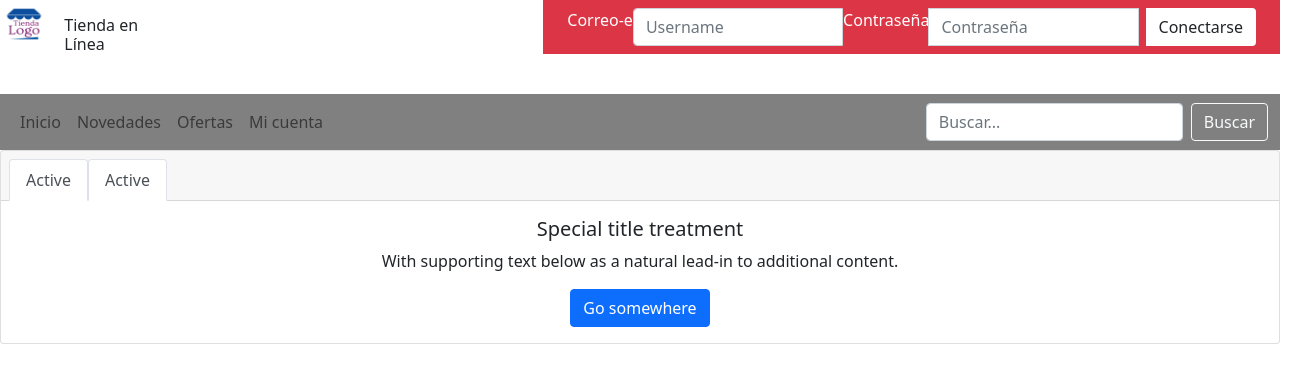
Repository: nicorp00/bootstrapSass
Page: Main/index.html
These files come from the project's save history. The page is drawn as it stood at one moment and after a run of saves; the edit follows.
The browser window is 1280 px wide. The page is 1292 px wide, so the pictures cover 1292 px, including what lies to the right of the window. The pictures show the whole page.
The style sheet was rebuilt from its Sass, Less or Tailwind sources for each picture, by a compiler version that may differ from the author's.

Above is the page before, as saved 2022-03-25 11:25:56.

After the next 2 saves:
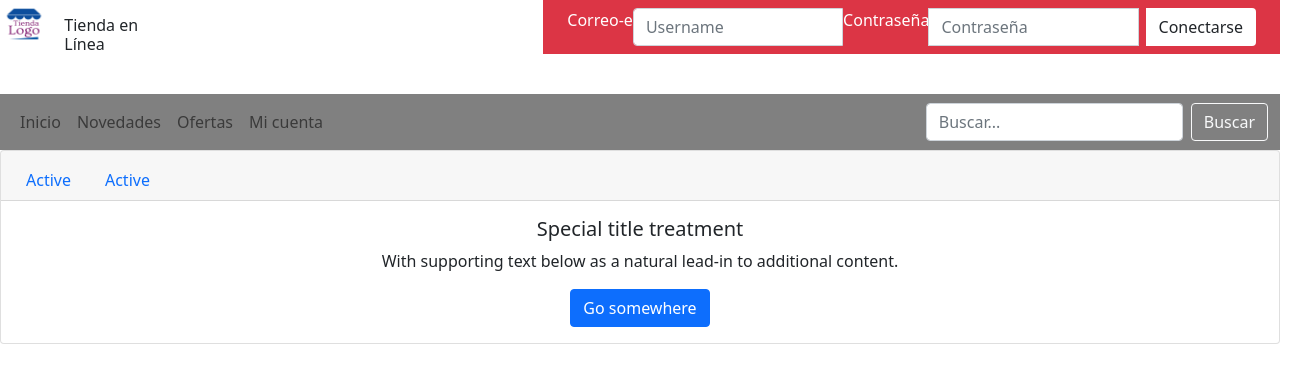
The 2 saves are shown as one change because they came seconds apart.
The last was saved 6 s later.
--- a/Main/index.html
+++ b/Main/index.html
@@ -75,10 +75,10 @@
                 <div class="card-header">
                   <ul class="nav nav-tabs card-header-tabs">
                     <li class="nav-item">
-                      <a class="nav-link active" aria-current="true" href="#">Active</a>
+                      <a class="nav-link" aria-current="true" href="#">Active</a>
                     </li>
                     <li class="nav-item">
-                        <a class="nav-link active" aria-current="true" href="#">Active</a>
+                        <a class="nav-link" aria-current="true" href="#">Active</a>
                       </li>
                   </ul>
                 </div>
